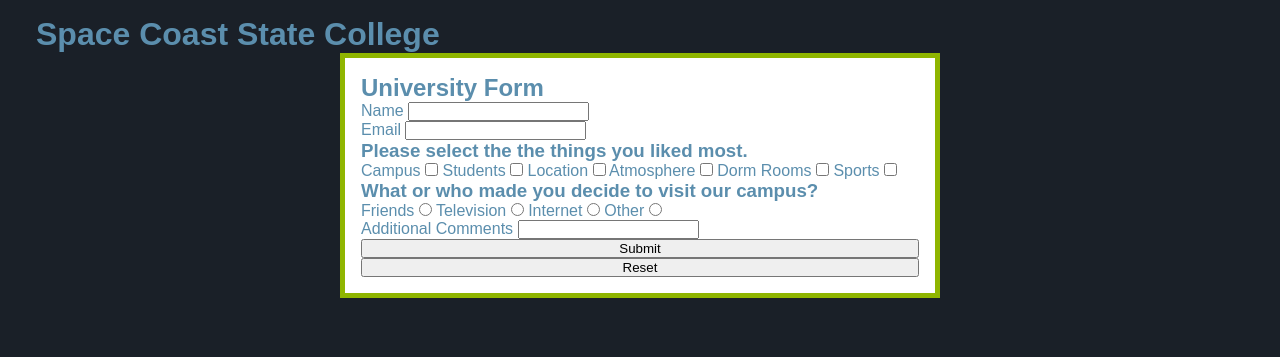
Repository: mlmEFSC21/P2-University-Form
Page: index.html
An editor plug-in stored every save of this project. The page is shown before and after the next save, followed by the edit.
The browser window is 1280 px wide. The pictures show the whole page.
Some web fonts or font styles are not loaded; a fallback is used.

Above is the page before, as saved 2022-01-29 18:07:21.

### index.html
<!DOCTYPE html>
<html lang="en">
    <head>
        <meta charset="UTF-8" />
        <meta http-equiv="X-UA-Compatible" content="IE=edge" />
        <meta name="viewport" content="width=device-width, initial-scale=1.0" />
        <title>University Form</title>
        <link rel="stylesheet" href="uniFormStyles.css" />
    </head>
    <body>
        <header>
            <h1>Space Coast State College</h1>
        </header>
        <main>
          <section class="main">
            <h2>University Form</h2>
            <article class="info">
            <!-- REMEMBER TO CHANGE THIS TO A POST TO DEITEL!!!!!!!!!!-->
            <form action="results.html" method="GET">
                <div>
                    <label for="name">Name</label>
                    <input type="text" id="name" name="name" required />
                </div>
                <div>
                    <label for="email">Email</label>
                    <input type="email" id="email" name="email" required />
                </div>
                </article>
                <article class="favFeatures">
                    <h3>Please select the the things you liked most.</h3>
                    <label for="campus">Campus</label>
                    <input type="checkbox" id="campus" name="campus" />
                    <label for="students">Students</label>
                    <input type="checkbox" id="students" name="students" />
                    <label for="location">Location</label>
                    <input type="checkbox" id="location" name="location" />
                    <label for="atmosphere">Atmosphere</label>
                    <input type="checkbox" id="atmosphere" name="atmosphere" />
                    <label for="dorms">Dorm Rooms</label>
                    <input type="checkbox" id="dorms" name="dorms" />
                    <label for="sports">Sports</label>
                    <input type="checkbox" id="sports" name="sports" />
                </article>
                <article class="">
                    <h3>What or who made you decide to visit our campus?</h3>
                    <label for="friends">Friends</label>
                    <input type="radio" id="friends" name="referred" required />
                    <label for="television">Television</label>
                    <input type="radio" id="television" name="referred" />
                    <label for="internet">Internet</label>
                    <input type="radio" id="internet" name="referred" />
                    <label for="other">Other</label>
                    <input type="radio" id="other" name="referred" />
                </article>
                <div>
                    <label for="comments">Additional Comments</label>
                    <input type="text" id="comments" name="comments" />
                </div>
                <button type="submit" class="submit">Submit</button>
                <button type="reset" class="reset">Reset</button>
            </form>
            </section>
        </main>
    </body>
</html>

### uniFormStyles.css
@import url("https://fonts.googleapis.com/css2?family=Spectral:wght@300&display=swap");

:root {
    --clr-prime: #003c5e;
    --clr-second: #1a2028;
    --clr-accent: #8fb500;
    --clr-font-prime: #5b8ead;
    --clr-font-second: black;
}

* {
    margin: 0;
    padding: 0;
    box-sizing: border-box;
}
body {
    margin: 0 1.25em;
    padding: 1em;
    background-color: var(--clr-second);
    font-family: "Spectral", sans-serif;
    color: var(--clr-font-prime);
}
header {
    color: var(--clr-font-prime);
    margin-bottom: auto;
}
.main {
    display: flex;
    flex-direction: column;
    width: 600px;
    border: 5px solid var(--clr-accent);
    background-color: white;
    margin: auto;
    padding: 1rem;
}
form {
}

After the next save:
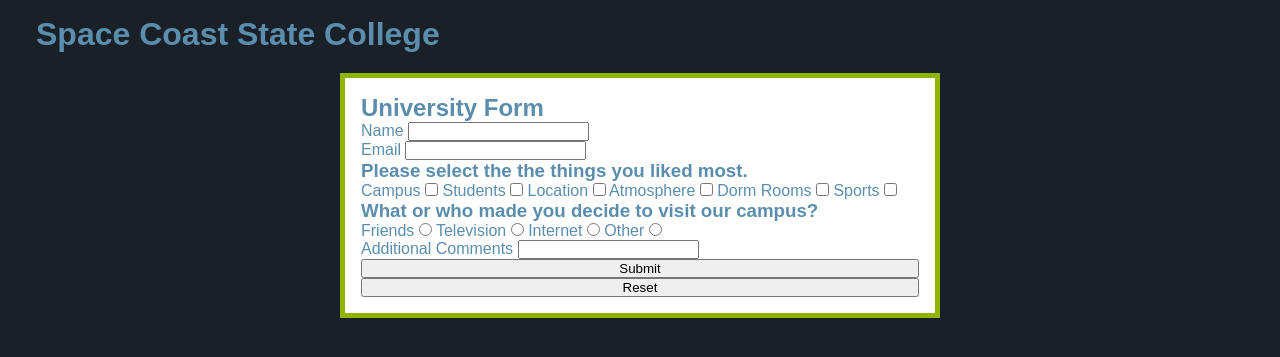
Saved 15 s later.
--- a/uniFormStyles.css
+++ b/uniFormStyles.css
@@ -22,7 +22,7 @@ body {
 }
 header {
     color: var(--clr-font-prime);
-    margin-bottom: auto;
+    margin-bottom: 1.25em;
 }
 .main {
     display: flex;
